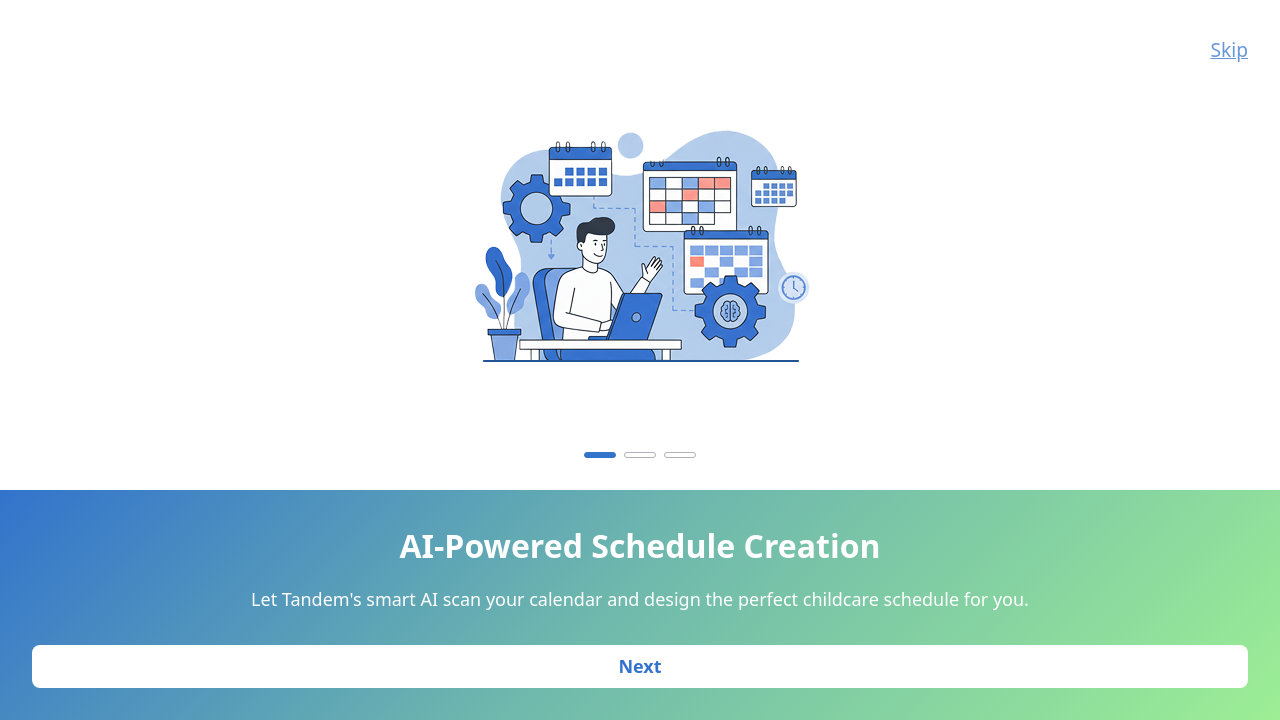
Repository: IDSP-TRADECARE/Tandem
Page: /boarding/features
The author's editor kept a copy of each file at every save. The page is drawn from the files as they stood at one save, then again after the next save.
The browser window is 1280 px wide. The pictures show the whole page.
The page's requests for data from a server got no answer. Some web fonts or font styles are not loaded; a fallback is used. The project was rebuilt for these pictures with package versions that can differ from the ones it lists, and the page was loaded fresh each time. Some packages were replaced by stand-ins written for this rebuild. The framework's server and built-in components were replaced by stand-ins that run in the browser. No one was signed in, and anything a server would have sent is missing. Also part of the build but not shown: next.config.ts, src/app/components/auth/AuthGuard.tsx.

Above is the page before, as saved 2025-11-23 00:11:10.

### src/app/layout.tsx
/* eslint-disable @next/next/no-page-custom-font */
import { ClerkProvider } from '@clerk/nextjs'
import { SocketProvider } from '@/lib/socket/SocketContext'
import './globals.css'
import type { Metadata } from "next";
import { AuthWrapper } from './components/auth/AuthWrapper';


export const metadata: Metadata = {
  title: "Tandem",
  description: "Share childcare with your community",
  icons: {
    icon: 'brand/logoColor.svg',
  },
};

export default function RootLayout({
  children,
}: Readonly<{
  children: React.ReactNode;
}>) {
  return (
    <ClerkProvider>
      <html lang="en">
        <head>
          {/* Omnes Pro from Adobe Fonts */}
          <link rel="stylesheet" href="https://use.typekit.net/pku8yek.css" />

          {/* Alan Sans from Google Fonts */}
          <link rel="preconnect" href="https://fonts.googleapis.com" />
          <link rel="preconnect" href="https://fonts.gstatic.com" crossOrigin="anonymous" />
          <link href="https://fonts.googleapis.com/css2?family=Alan+Sans:wght@300..900&display=swap" rel="stylesheet" />
        </head>
        <body className="antialiased">
          <SocketProvider>
            <AuthWrapper>
              {children}
            </AuthWrapper>
          </SocketProvider>
        </body>
      </html>
    </ClerkProvider>
  )
}

### src/app/boarding/features/page.tsx
"use client";
import { useState } from "react";
import { useRouter } from "next/navigation";
import styles from "./features.module.css";

const features = [
    {
        id: 1,
        title: "AI-Powered Schedule Creation",
        description:
            "Let Tandem's smart AI scan your calendar and design the perfect childcare schedule for you.",
        imgSrc: "/boarding/Graphic-ai-powered-feature1.png",
    },
    {
        id: 2,
        title: "Seamless Nanny Booking",
        description:
            "Effortlessly discover and book reliable nannies tailored to your family's needs.",
        imgSrc: "/boarding/Seamless-nanny-booking-feature2.png",
    },
    {
        id: 3,
        title: "Intelligent Nanny Sharing",
        description:
            "Team up with nearby families to share trusted nannies, cutting costs while building lasting connections.",
        imgSrc: "/boarding/Intelligent-nanny-sharing-feature3.png",
    },
];

export default function FeaturesPage() {
    const [currentIndex, setCurrentIndex] = useState(0);
    const router = useRouter();

    const handleNext = () => {
        if (currentIndex < features.length - 1) {
            setCurrentIndex(currentIndex + 1);
        } else {
            router.push("./sign-up");
        }
    };

    const handleSkip = () => {
        router.push("./sign-up");
    };

    const handlePrevious = () => {
        if (currentIndex > 0) {
            setCurrentIndex(currentIndex - 1);
        }
    };

    const currentFeature = features[currentIndex];
    const showPrevious = currentIndex > 0;

    return (
        <div className={styles.container}>
            <button
                className={styles.skipButton}
                onClick={handleSkip}
            >
                Skip
            </button>

            <div className={styles.imageSection}>
                <div className={styles.imageContainer}>
                    <img
                        src={currentFeature.imgSrc}
                        alt={`Feature ${currentFeature.id}`}
                    />
                </div>
                <div className={styles.progressDots}>
                    {features.map((_, index) => (
                        <div
                            key={index}
                            className={`${styles.dot} ${
                                index === currentIndex ? styles.active : ""
                            }`}
                        />
                    ))}
                </div>
            </div>

            <div className={styles.contentButtons}>
                <div className={styles.content}>
                    <h1 className={styles.title}>{currentFeature.title}</h1>
                    <p className={styles.description}>
                        {currentFeature.description}
                    </p>
                </div>
                <div className={styles.navigationButtons}>
                    {showPrevious && (
                        <button
                            className={styles.previousButton}
                            onClick={handlePrevious}
                        >
                            Previous
                        </button>
                    )}
                    <button
                        className={styles.nextButton}
                        onClick={handleNext}
                    >
                        Next
                    </button>
                </div>
            </div>
        </div>
    );
}

### src/lib/socket/SocketContext.tsx
'use client';

import { createContext, useContext, useEffect, useState } from 'react';
import { io, Socket } from 'socket.io-client';
import { ClientToServerEvents, ServerToClientEvents } from './types';

type TypedSocket = Socket<ServerToClientEvents, ClientToServerEvents>;

interface SocketContextType {
  socket: TypedSocket | null;
  isConnected: boolean;
}

const SocketContext = createContext<SocketContextType>({
  socket: null,
  isConnected: false,
});

export function SocketProvider({ children }: { children: React.ReactNode }) {
  const [socket, setSocket] = useState<TypedSocket | null>(null);
  const [isConnected, setIsConnected] = useState(false);

  useEffect(() => {
    const socketUrl = process.env.NEXT_PUBLIC_SOCKET_URL || 'http://localhost:3001';

    console.log('Connecting to Socket.IO server:', socketUrl);

    const socketInstance: TypedSocket = io(socketUrl, {
      transports: ['websocket', 'polling'],
    });

    socketInstance.on('connect', () => {
      console.log('✅ Socket connected:', socketInstance.id);
      setIsConnected(true);
    });

    socketInstance.on('disconnect', () => {
      console.log('❌ Socket disconnected');
      setIsConnected(false);
    });

    socketInstance.on('connect_error', (error) => {
      console.error('Socket connection error:', error);
      setIsConnected(false);
    });

    setSocket(socketInstance);

    return () => {
      socketInstance.disconnect();
    };
  }, []);

  return (
    <SocketContext.Provider value={{ socket, isConnected }}>
      {children}
    </SocketContext.Provider>
  );
}

export const useSocket = () => useContext(SocketContext);

### src/app/globals.css
@import "tailwindcss";

@theme {
  /* Font families */
  --font-family-alan: "Alan Sans", sans-serif;
  --font-family-omnes: "omnes-pro", sans-serif;

  /* Primary Colors */
  --color-primary: #3373cc;
  --color-primary-lighter: #a3c0e8;
  --color-primary-light: #91b3e3;
  --color-primary-light-hover: #91b3e3;
  --color-primary-light-active: #7aa4de;
  --color-primary-hover: #2b62ad;
  --color-primary-active: #255495;
  --color-primary-dark: #122847;
  --color-primary-dark-hover: #0d1d33;
  --color-primary-dark-active: #060d16;

  /* Secondary Colors */
  --color-secondary: #92f189;
  --color-secondary-lighter: #cef9ca;
  --color-secondary-light: #c4f7bf;
  --color-secondary-light-hover: #c4f7bf;
  --color-secondary-light-active: #b8f6b2;
  --color-secondary-hover: #7ccd74;
  --color-secondary-active: #6bb064;
  --color-secondary-dark: #335430;
  --color-secondary-dark-hover: #253c22;
  --color-secondary-dark-active: #101b0f;

  /* Analogous Colors */
  --color-analogous: #68d5ff;
  --color-analogous-lighter: #bbecff;
  --color-analogous-light: #ade8ff;
  --color-analogous-light-hover: #ade8ff;
  --color-analogous-light-active: #9de4ff;
  --color-analogous-hover: #58b5d9;
  --color-analogous-active: #4c9bba;
  --color-analogous-dark: #244b59;
  --color-analogous-dark-hover: #1a3540;
  --color-analogous-dark-active: #0b171c;

  /* Success */
  --color-success: #95b548;

  /* Warning */
  --color-warning: #d78f26;

  /* Error */
  --color-error: #c43535;

  /* Neutral Colors */
  --color-neutral-50: #e6e6e8;
  --color-neutral-100: #b0b0b8;
  --color-neutral-200: #8a8a96;
  --color-neutral-300: #545466;
  --color-neutral-400: #333349;
  --color-neutral-500: #00001b;
  --color-neutral-600: #000019;
  --color-neutral-700: #000013;
  --color-neutral-800: #00000f;
  --color-neutral-900: #00000b;
}

@layer base {
  :root {
    /* Semantic mappings for shadcn */
    --background: 0 0% 100%;
    --foreground: var(--color-neutral-500);
    --card: 0 0% 100%;
    --card-foreground: var(--color-neutral-500);
    --popover: 0 0% 100%;
    --popover-foreground: var(--color-neutral-500);
    --primary-foreground: 0 0% 98%;
    --secondary-foreground: var(--color-neutral-500);
    --muted: var(--color-neutral-50);
    --muted-foreground: var(--color-neutral-300);
    --accent: var(--color-analogous-light);
    --accent-foreground: var(--color-neutral-500);
    --destructive: var(--color-error);
    --destructive-foreground: 0 0% 98%;
    --border: var(--color-neutral-100);
    --input: var(--color-neutral-100);
    --ring: var(--color-primary);
    --radius: 0.5rem;
    --gradient-primary: linear-gradient(135deg, #3373CC 0%, #6DB6AE 46%, #9DEE95 100%);
  }

  .dark {
    --background: var(--color-neutral-500);
    --foreground: 0 0% 98%;
    --card: var(--color-neutral-400);
    --card-foreground: 0 0% 98%;
    --popover: var(--color-neutral-400);
    --popover-foreground: 0 0% 98%;
    --primary-foreground: var(--color-neutral-500);
    --secondary-foreground: 0 0% 98%;
    --muted: var(--color-neutral-300);
    --muted-foreground: var(--color-neutral-100);
    --accent: var(--color-analogous-dark);
    --accent-foreground: 0 0% 98%;
    --destructive-foreground: 0 0% 98%;
    --border: var(--color-neutral-300);
    --input: var(--color-neutral-300);
    --ring: var(--color-primary-light);
    --gradient-primary: linear-gradient(135deg, #3373CC 0%, #6DB6AE 46%, #9DEE95 100%);
  }

  /* Font utilities */
  .font-alan {
    font-family: var(--font-family-alan);
    font-optical-sizing: auto;
  }

  .font-omnes {
    font-family: var(--font-family-omnes);
  }
}

/* FullCalendar Custom Styles */
.fullcalendar-container {
  font-family: inherit;
}

.fc {
  font-size: 14px;
}

.fc .fc-toolbar-title {
  font-size: 1.5rem;
  font-weight: 700;
  color: var(--color-primary);
}

.fc .fc-button {
  background-color: var(--color-primary);
  border-color: var(--color-primary);
  color: white;
  border-radius: 8px;
  padding: 6px 12px;
  font-weight: 600;
}

.fc .fc-button:hover {
  background-color: var(--color-primary-hover);
  border-color: var(--color-primary-hover);
}

.fc .fc-button-active {
  background-color: var(--color-primary-dark);
  border-color: var(--color-primary-dark);
}

.fc .fc-col-header-cell {
  background-color: var(--color-neutral-50);
  padding: 12px;
  font-weight: 600;
  color: var(--color-primary);
}

.fc .fc-daygrid-day-number {
  font-weight: 600;
  color: var(--color-primary);
  padding: 8px;
}

.fc .fc-daygrid-day.fc-day-today {
  background-color: var(--color-primary-lighter) !important;
}

.fc .fc-event {
  border-radius: 6px;
  padding: 4px 6px;
  font-size: 12px;
  font-weight: 600;
  cursor: pointer;
}

.fc .fc-timegrid-event {
  border-radius: 6px;
  padding: 4px;
}

.fc .fc-timegrid-slot {
  height: 3em;
}

.fc .fc-scrollgrid {
  border-color: var(--neutral-100) !important;
}

@layer utilities {
  .bg-gradient-primary {
    background: var(--gradient-primary);
  }
}

### src/app/components/auth/AuthWrapper.tsx
'use client';

import { usePathname } from 'next/navigation';
import { AuthGuard } from './AuthGuard';

export function AuthWrapper({ children }: { children: React.ReactNode }) {
  const pathname = usePathname();

  // Routes that don't require authentication
  const publicRoutes = ['/boarding/features', '/sign-in', '/sign-up'];
  const isPublicRoute = pathname === '/' || publicRoutes.some(route => pathname?.startsWith(route));

  if (isPublicRoute) {
    return <>{children}</>;
  }

  return <AuthGuard>{children}</AuthGuard>;
}

### src/app/boarding/features/features.module.css
.container {
    min-height: 100vh;
    display: flex;
    flex-direction: column;
    background: #fff;
}

.skipButton {
    position: absolute;
    top: 1.75rem;
    right: 1rem;
    background: none;
    border: none;
    color: var(--color-primary);
    font-size: 1.2rem;
    cursor: pointer;
    z-index: 10;
    padding: 0.5rem 1rem;
    text-decoration: underline;
    opacity: 0.75;
}

.imageSection {
    flex: 1;
    display: flex;
    flex-direction: column;
    align-items: center;
    justify-content: center;
    background: #fff;
    padding: 1rem 0;
    position: relative;
}

.imageContainer {
    flex: 1;
    display: flex;
    align-items: center;
    justify-content: center;
    width: 100%;
}

.imageContainer img {
    max-width: 100%;
    height: auto;
    object-fit: contain;
}

.progressDots {
    display: flex;
    gap: 0.5rem;
    justify-content: center;
    padding: 1rem 0;
}

.dot {
    width: 2rem;
    height: 0.375rem;
    border-radius: 0.25rem;
    background: transparent;
    border: 1px solid var(--color-neutral-100);
    transition: all 0.3s;
}

.dot.active {
    background: var(--color-primary);
    border: 1px solid var(--color-primary);
}

.contentButtons {
    background: var(--gradient-primary);
    padding: 2rem;
    width: 100%;
    display: flex;
    flex-direction: column;
    gap: 2rem;
}

.content {
    display: flex;
    flex-direction: column;
    align-items: center;
    text-align: center;
}

.title {
    font-size: 2rem;
    font-weight: bold;
    color: #fff;
    margin-bottom: 1rem;
}

.description {
    font-size: 1.125rem;
    color: #fff;
    margin-bottom: 0;
}

.navigationButtons {
    display: flex;
    gap: 1rem;
    width: 100%;
}

.previousButton {
    flex: 1;
    padding: 0.5rem;
    background: rgba(255, 255, 255, 0.2);
    color: #fff;
    border: 1px solid #fff;
    border-radius: 0.5rem;
    font-size: 1.125rem;
    font-weight: bold;
    cursor: pointer;
    transition: all 0.3s;
}

.previousButton:hover {
    background: rgba(255, 255, 255, 0.3);
}

.previousButton:active {
    opacity: 0.8;
}

.nextButton {
    flex: 1;
    padding: 0.5rem;
    background: #fff;
    color: var(--color-primary);
    border: none;
    border-radius: 0.5rem;
    font-size: 1.125rem;
    font-weight: bold;
    cursor: pointer;
    transition: opacity 0.3s;
}

.nextButton:hover {
    opacity: 0.9;
}

.nextButton:active {
    opacity: 0.8;
}

After the next save:
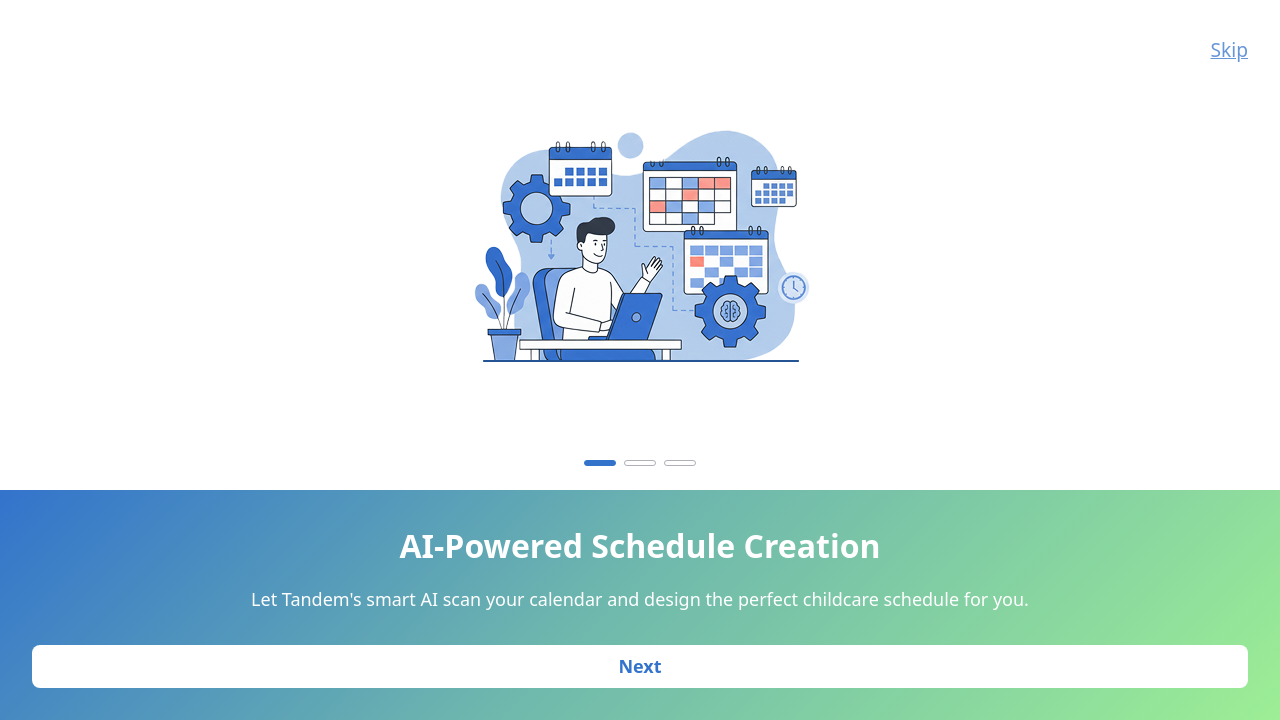
Saved 17 s later.
--- a/src/app/boarding/features/features.module.css
+++ b/src/app/boarding/features/features.module.css
@@ -27,7 +27,7 @@
     align-items: center;
     justify-content: center;
     background: #fff;
-    padding: 1rem 0;
+    padding: 0.5rem 0;
     position: relative;
 }
 

After the save that followed:
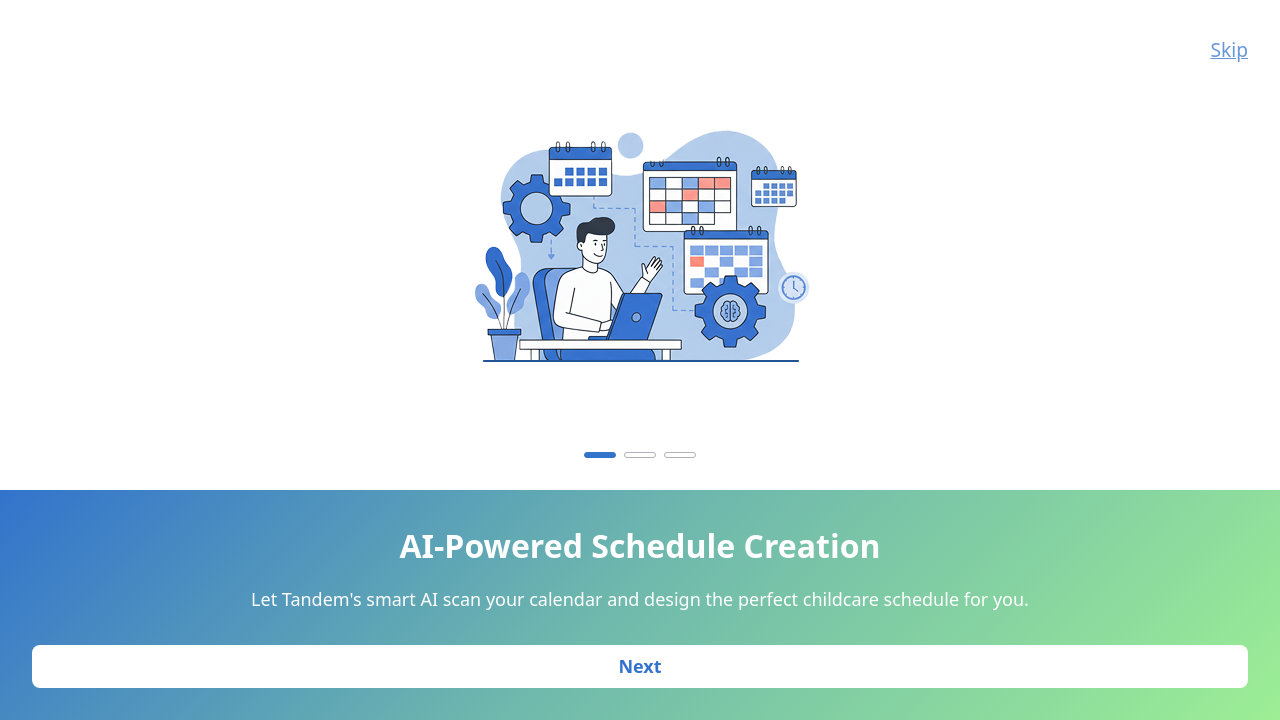
Saved 7 s later.
--- a/src/app/boarding/features/features.module.css
+++ b/src/app/boarding/features/features.module.css
@@ -27,7 +27,7 @@
     align-items: center;
     justify-content: center;
     background: #fff;
-    padding: 0.5rem 0;
+    padding: 1rem 0;
     position: relative;
 }
 
